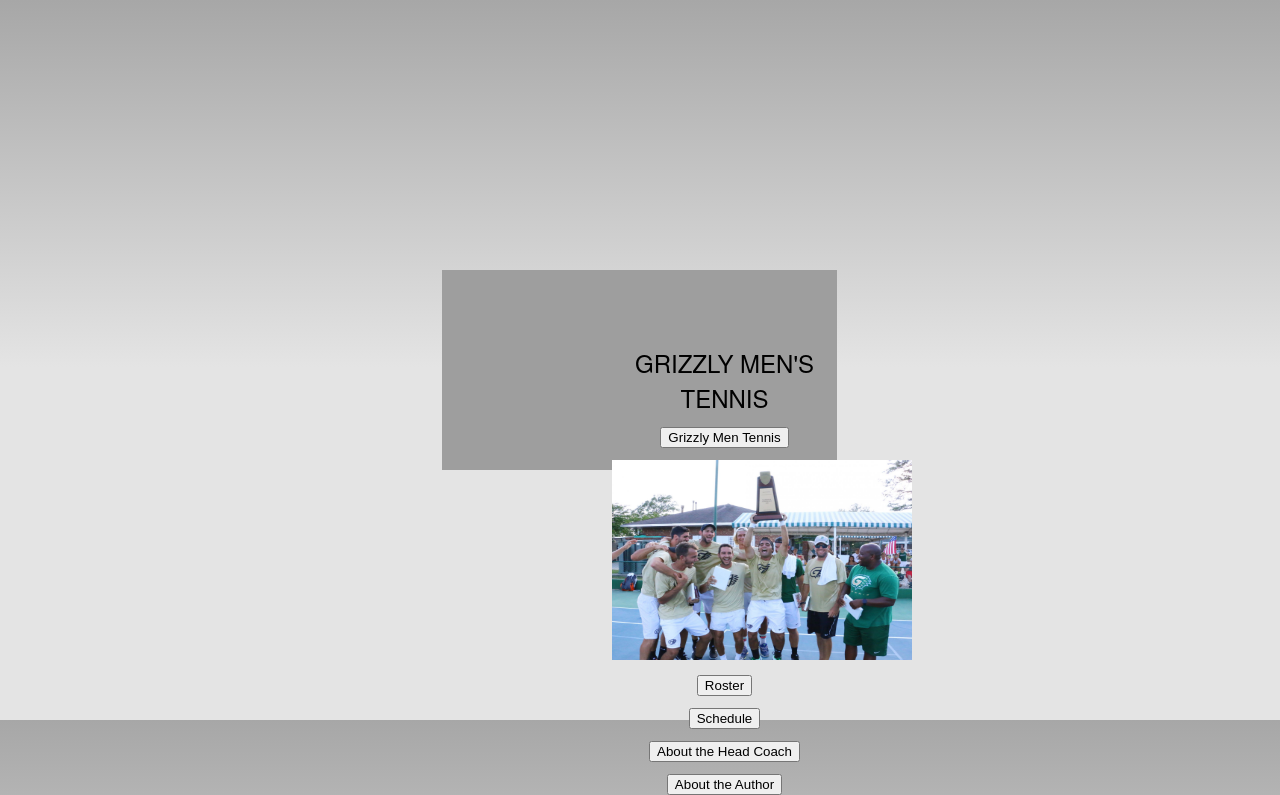
Repository: qtran3/itec4550
Page: EXAM1/TennisAppWebView/index.html
An editor plug-in stored every save of this project. The page is shown before and after the next save, followed by the edit.
The browser window is 1280 px wide. The pictures show the whole page.
Pictures or frames that could not be fetched are drawn as grey boxes. Backgrounds fixed to the window are drawn as part of the page.

Above is the page before, as saved 2016-06-01 17:29:11.

### EXAM1/TennisAppWebView/index.html
<!DOCTYPE html>
<!--
    Licensed to the Apache Software Foundation (ASF) under one
    or more contributor license agreements.  See the NOTICE file
    distributed with this work for additional information
    regarding copyright ownership.  The ASF licenses this file
    to you under the Apache License, Version 2.0 (the
    "License"); you may not use this file except in compliance
    with the License.  You may obtain a copy of the License at

    http://www.apache.org/licenses/LICENSE-2.0

    Unless required by applicable law or agreed to in writing,
    software distributed under the License is distributed on an
    "AS IS" BASIS, WITHOUT WARRANTIES OR CONDITIONS OF ANY
     KIND, either express or implied.  See the License for the
    specific language governing permissions and limitations
    under the License.
-->
<html>
    <head>
        <!--
        Customize this policy to fit your own app's needs. For more guidance, see:
            https://github.com/apache/cordova-plugin-whitelist/blob/master/README.md#content-security-policy
        Some notes:
            * gap: is required only on iOS (when using UIWebView) and is needed for JS->native communication
            * https://ssl.gstatic.com is required only on Android and is needed for TalkBack to function properly
            * Disables use of inline scripts in order to mitigate risk of XSS vulnerabilities. To change this:
                * Enable inline JS: add 'unsafe-inline' to default-src
        -->
        <meta http-equiv="Content-Security-Policy" content="default-src 'self' data: gap: https://ssl.gstatic.com 'unsafe-eval'; style-src 'self' 'unsafe-inline'; media-src *">
        <meta name="format-detection" content="telephone=no">
        <meta name="msapplication-tap-highlight" content="no">
        <meta name="viewport" content="user-scalable=no, initial-scale=1, maximum-scale=1, minimum-scale=1, width=device-width">
        <link rel="stylesheet" type="text/css" href="css/index.css">
        <title>Grizzly Men Tennis</title>
    </head>
    <body>
        <div class="app">
        	<div id="mainTittle" background-color:#ccc>
        		<h1 align="center">GRIZZLY MEN'S TENNIS</h1>
        	</div>
        	<div id="mainPage" align="center">
            	<p> <button id="homePagebuutton">Grizzly Men Tennis</button></p>
				<p>
				  <img src="img/Tennis-10.jpg" height="200px" width="300px" />
				</p>
				<p>
					<button id="rosterButton">Roster</button>
				</p>
				<p>
					<button id="scheduleButton">Schedule</button>
				</p>
				<p>
					<button id="coachButton">About the Head Coach</button>
				</p>
				<p>
					<button id="authorButton">About the Author</button>
				</p>
			</div>

			<div id="rosterPage">
				<h1 align="center">Roster</h1>
				<div align="left">
					<p>Gilad Berman</p>
					<p>Connor Clements</p>
					<p>Jordan Cox</p>
					<p>Jorge Gonzalez</p>
					<p>Matias Hatem</p>
					<p>Kevin Konfederak</p>
					<p>Tony Licata</p>
					<p>Lachlan McPhee</p>
					<p>Luke Morland</p>
				</div>
			</div>
			<div id="schedulePage">
				<h1 align="center"> Schedule</h1>
				<div align="left">
					<p>May  6 9:00 AM	 vs. Asbury University</p>
					<p>May  6 3:00 PM	 vs. Xavier (La.)</p>
					<p>May 18 9:30 PM	 vs. Olivet Nazarene </p>
					<p>May 19 2:00 PM	 vs. Coastal Georgia</p>
					<p>May 20 2:00 PM	 vs. Dalton State (Ga.)</p>
					<p>May 21 2:00 PM	 vs. Xavier (La.)</p>
				</div>
			</div>

			<div id="coachPage">
				<h1 align="center">About the Head Coach</h1>
				<p>
					<img src="img/chase_hodges_1142_mtn.jpg"/>
				</p>
				<h3 align="center">Chase Hodges</h3>
				<h4 align="center">ALMA MATER: UNC WILMINGTON</h4>
				<p align="left">	Chase Hodges is the first head coach in Georgia Gwinnett tennis history, and in his three-year stay in Lawrenceville, he's been named national coach of the year three times by the NAIA and twice by the Intercollegiate Tennis Association. </p>
				<p align="left">	A decorated coach at all levels of collegiate tennis, Hodges delivered GGC its first-ever national titles in any sport with both the Men's and Women's 2014 NAIA National Championship titles. He was able to repeat the feat with the men this past year as he guided them to the 2015 crown while the women finished as the national runner-up.</p>
			</div>

			<div id="authorPage">
				<h1 align="center">About the Author</h1>
				<p>Created by Quan Tran</p>
				<p>INTERNATIONAL STUDENT AT GGC</p>
				<p>Email: qtran3@ggc.edu</p>
			</div>


        </div>

<!--
        <script type="text/javascript" src="cordova.js"></script>
-->
        <script type="text/javascript" src="js/index.js"></script>
    </body>
</html>

### EXAM1/TennisAppWebView/css/index.css
/*
 * Licensed to the Apache Software Foundation (ASF) under one
 * or more contributor license agreements.  See the NOTICE file
 * distributed with this work for additional information
 * regarding copyright ownership.  The ASF licenses this file
 * to you under the Apache License, Version 2.0 (the
 * "License"); you may not use this file except in compliance
 * with the License.  You may obtain a copy of the License at
 *
 * http://www.apache.org/licenses/LICENSE-2.0
 *
 * Unless required by applicable law or agreed to in writing,
 * software distributed under the License is distributed on an
 * "AS IS" BASIS, WITHOUT WARRANTIES OR CONDITIONS OF ANY
 * KIND, either express or implied.  See the License for the
 * specific language governing permissions and limitations
 * under the License.
 */
* {
    -webkit-tap-highlight-color: rgba(0,0,0,0); /* make transparent link selection, adjust last value opacity 0 to 1.0 */
}

body {
    -webkit-touch-callout: none;                /* prevent callout to copy image, etc when tap to hold */
    -webkit-text-size-adjust: none;             /* prevent webkit from resizing text to fit */
    -webkit-user-select: none;                  /* prevent copy paste, to allow, change 'none' to 'text' */
    background-color:#E4E4E4;
    background-image:linear-gradient(top, #A7A7A7 0%, #E4E4E4 51%);
    background-image:-webkit-linear-gradient(top, #A7A7A7 0%, #E4E4E4 51%);
    background-image:-ms-linear-gradient(top, #A7A7A7 0%, #E4E4E4 51%);
    background-image:-webkit-gradient(
        linear,
        left top,
        left bottom,
        color-stop(0, #A7A7A7),
        color-stop(0.51, #E4E4E4)
    );
    background-attachment:fixed;
    font-family:'HelveticaNeue-Light', 'HelveticaNeue', Helvetica, Arial, sans-serif;
    font-size:12px;
    height:100%;
    margin:0px;
    padding:0px;
    text-transform:uppercase;
    width:100%;
}

/* Portrait layout (default) */
.app {
    background:url(../img/logo.png) no-repeat center top; /* 170px x 200px */
    position:absolute;             /* position in the center of the screen */
    left:50%;
    top:50%;
    height:50px;                   /* text area height */
    width:225px;                   /* text area width */
    text-align:center;
    padding:180px 0px 0px 0px;     /* image height is 200px (bottom 20px are overlapped with text) */
    margin:-115px 0px 0px -112px;  /* offset vertical: half of image height and text area height */
                                   /* offset horizontal: half of text area width */
}

/* Landscape layout (with min-width) */
@media screen and (min-aspect-ratio: 1/1) and (min-width:400px) {
    .app {
        background-position:left center;
        padding:75px 0px 75px 170px;  /* padding-top + padding-bottom + text area = image height */
        margin:-90px 0px 0px -198px;  /* offset vertical: half of image height */
                                      /* offset horizontal: half of image width and text area width */
    }
}

h1 {
    font-size:24px;
    font-weight:normal;
    margin:0px;
    overflow:visible;
    padding:0px;
    text-align:center;
}

.event {
    border-radius:4px;
    -webkit-border-radius:4px;
    color:#FFFFFF;
    font-size:12px;
    margin:0px 30px;
    padding:2px 0px;
}

.event.listening {
    background-color:#333333;
    display:block;
}

.event.received {
    background-color:#4B946A;
    display:none;
}

@keyframes fade {
    from { opacity: 1.0; }
    50% { opacity: 0.4; }
    to { opacity: 1.0; }
}

@-webkit-keyframes fade {
    from { opacity: 1.0; }
    50% { opacity: 0.4; }
    to { opacity: 1.0; }
}

.blink {
    animation:fade 3000ms infinite;
    -webkit-animation:fade 3000ms infinite;
}

### EXAM1/TennisAppWebView/js/index.js
/*
 * Licensed to the Apache Software Foundation (ASF) under one
 * or more contributor license agreements.  See the NOTICE file
 * distributed with this work for additional information
 * regarding copyright ownership.  The ASF licenses this file
 * to you under the Apache License, Version 2.0 (the
 * "License"); you may not use this file except in compliance
 * with the License.  You may obtain a copy of the License at
 *
 * http://www.apache.org/licenses/LICENSE-2.0
 *
 * Unless required by applicable law or agreed to in writing,
 * software distributed under the License is distributed on an
 * "AS IS" BASIS, WITHOUT WARRANTIES OR CONDITIONS OF ANY
 * KIND, either express or implied.  See the License for the
 * specific language governing permissions and limitations
 * under the License.
 */
var app = {
    // Application Constructor
    initialize: function() {
        this.bindEvents();
    },
    // Bind Event Listeners
    //
    // Bind any events that are required on startup. Common events are:
    // 'load', 'deviceready', 'offline', and 'online'.
    bindEvents: function() {
        document.addEventListener('deviceready', this.onDeviceReady, false);
    },
    // deviceready Event Handler
    //
    // The scope of 'this' is the event. In order to call the 'receivedEvent'
    // function, we must explicitly call 'app.receivedEvent(...);'
    onDeviceReady: function() {
        app.receivedEvent('deviceready');
    },
    // Update DOM on a Received Event
    receivedEvent: function(id) {
        var parentElement = document.getElementById(id);
        var listeningElement = parentElement.querySelector('.listening');
        var receivedElement = parentElement.querySelector('.received');

        listeningElement.setAttribute('style', 'display:none;');
        receivedElement.setAttribute('style', 'display:block;');

        console.log('Received Event: ' + id);
    }
};

app.initialize();

var pages=[];
pages[0]=document.getElementById("mainPage");
pages[1]=document.getElementById("schedulePage");
pages[2]=document.getElementById("rosterPage");
pages[3]=document.getElementById("coachPage");
pages[4]=document.getElementById("authorPage");

function hideAllPages(){
	for (var i=0;i<pages.length;i++){
		pages[i].style.display='none';
	}
}
function showAPage(pageID){
	hideAllPages();
	document.getElementById(pageID).style.display='block';
}
document.getElementById("scheduleButton").onclick=function(){
	showAPage("schedulePage");
};
document.getElementById("rosterButton").onclick=function(){
	showAPage("rosterPage");
}
document.getElementById("coachButton").onclick=function(){
	showAPage("coachPage");
};
document.getElementById("authorButton").onclick=function(){
	showAPage("authorPage");
};
document.getElementById("mainTittle").onclick=function(){
	showAPage("mainPage");
};
showAPage("mainPage");

After the next save:
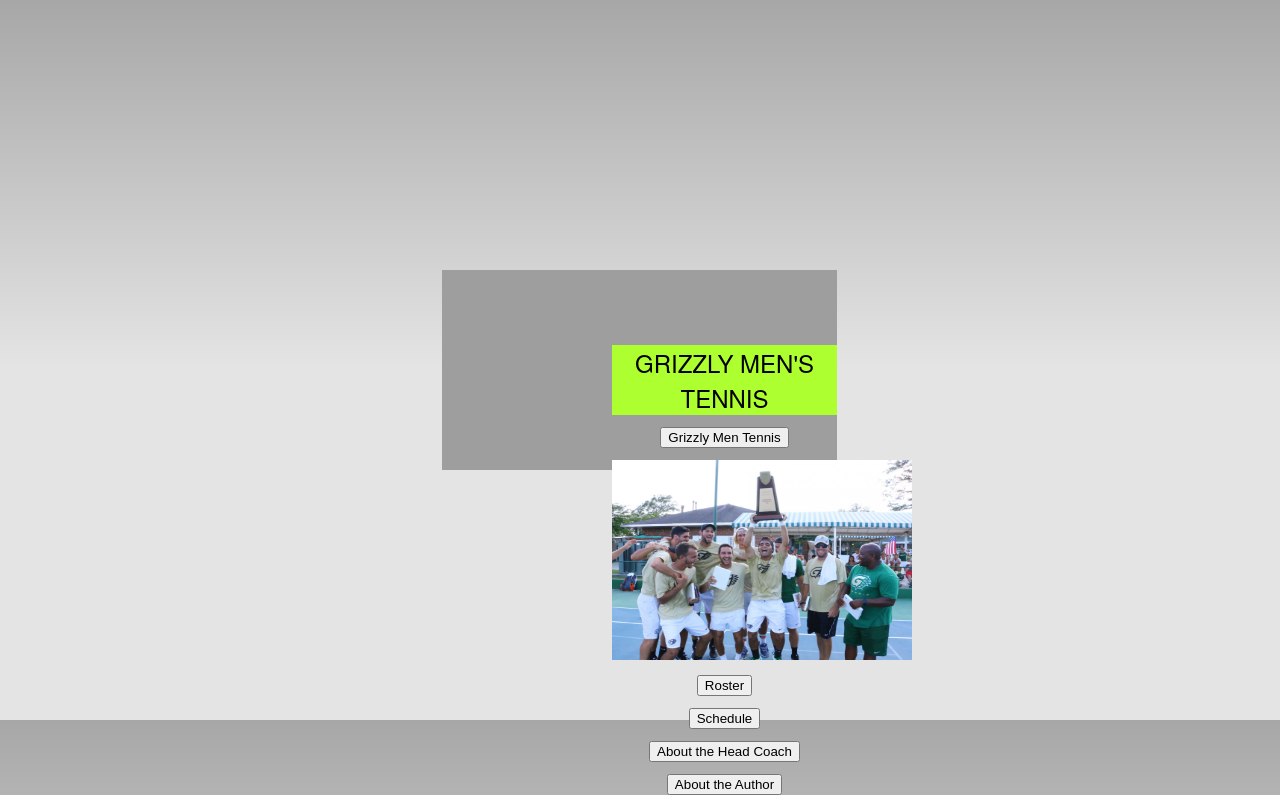
Saved 92 s later.
--- a/EXAM1/TennisAppWebView/index.html
+++ b/EXAM1/TennisAppWebView/index.html
@@ -37,7 +37,7 @@
     </head>
     <body>
         <div class="app">
-        	<div id="mainTittle" background-color:#ccc>
+        	<div id="mainTittle" style="background-color:GreenYellow;">
         		<h1 align="center">GRIZZLY MEN'S TENNIS</h1>
         	</div>
         	<div id="mainPage" align="center">
